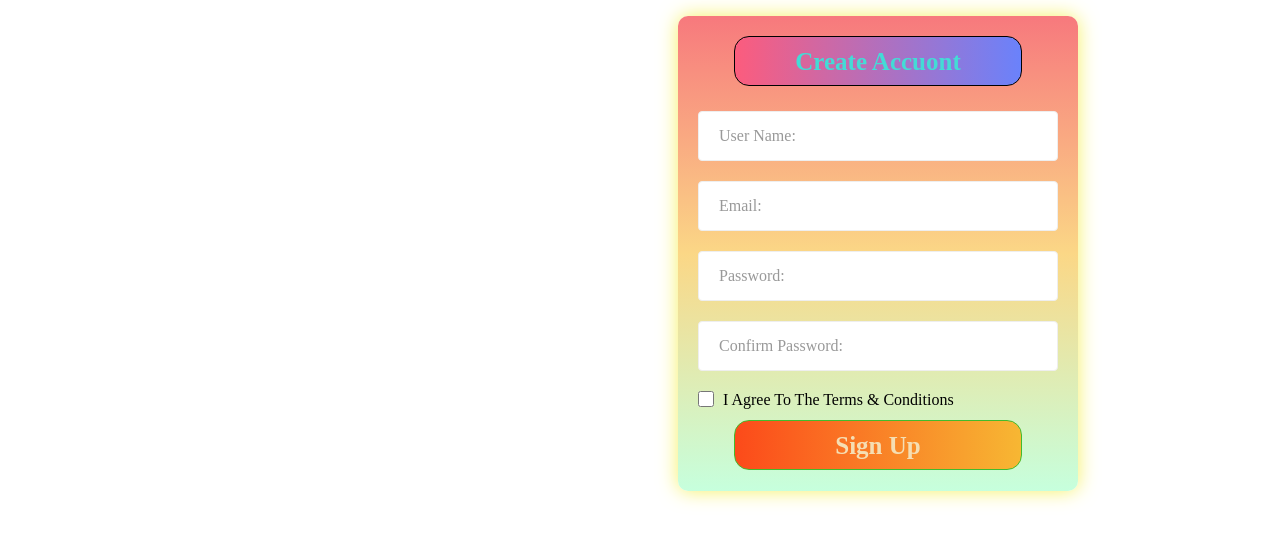
Repository: tung1233hhhhhhhhhhhhh/shoppingcart
Page: page/signup.html
These files come from the project's save history. The page is drawn as it stood at one moment and after the next save; the edit follows.
The browser window is 1280 px wide. The pictures show the whole page.

Above is the page before, as saved 2023-07-21 00:06:27.

After the next save:
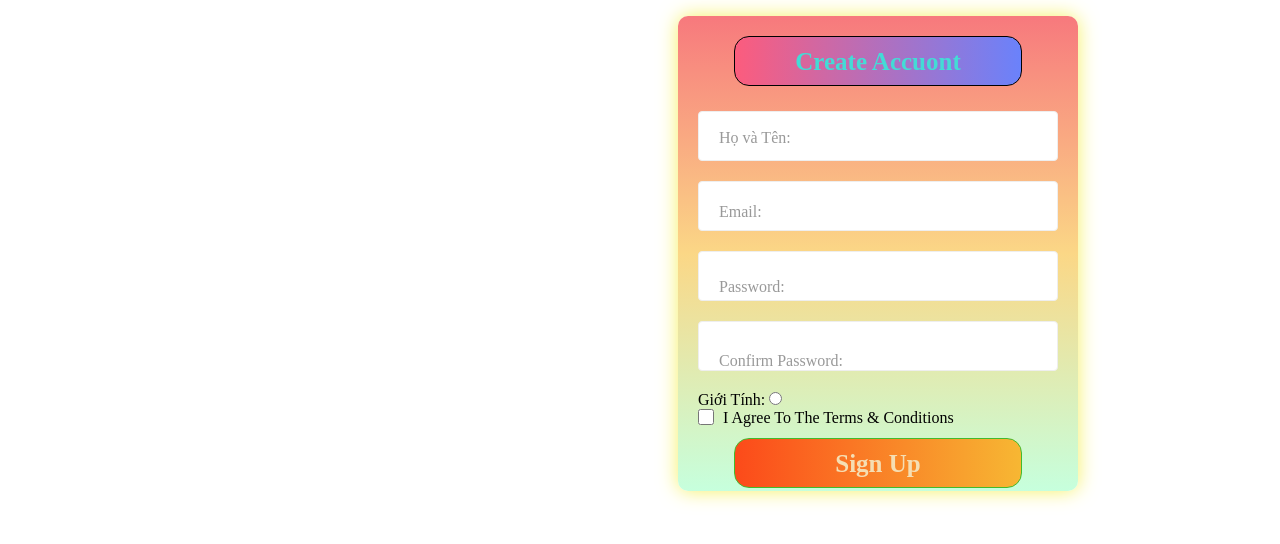
Saved 5 min 28 s later.
--- a/page/signup.html
+++ b/page/signup.html
@@ -16,13 +16,15 @@
         <div class="text">Create Accuont</div>
         <div class="form-field">
             <input type="text" class="form-input-1" placeholder=" ">
-            <label for="name" class="form-label-1">User Name:</label>
+            <label for="name" class="form-label-1">Họ và Tên:</label>
             <input type="email" class="form-input-2" placeholder=" ">
             <label for="email" class="form-label-2">Email:</label>
             <input type="password" class="form-input-3" placeholder=" ">
             <label for="password" class="form-label-3">Password:</label>
             <input type="password" class="form-input-4" placeholder=" ">
             <label for="password" class="form-label-4">Confirm Password:</label>
+            <label for="">Giới Tính:</label>
+            <input type="radio">
         </div>
         <input type="checkbox" name="" class="checkbox">
         <span>I Agree To The Terms & Conditions</span>
